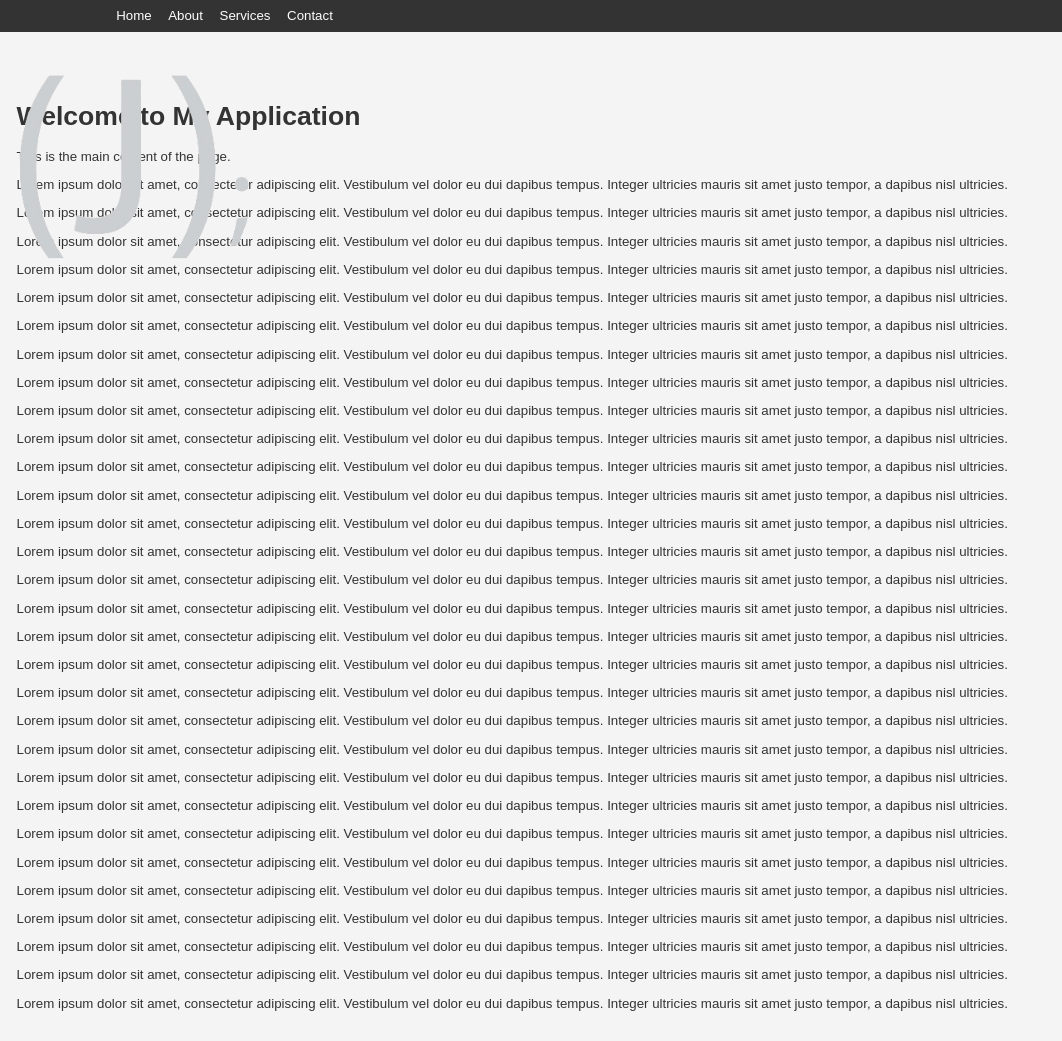
Repository: JoyMoGas/HelujaArc
Page: http://localhost/
The author's editor kept a copy of each file at every save. The page is drawn from the files as they stood at one save, then again after the next save.
The browser window is 1280 px wide. The pictures show the whole page, at 83% of full size.
The page is served by the project's application, run on Flask 3 (run.py).

Above is the page before, as saved 2024-08-11 15:27:58.
Console error: TypeError: Cannot read properties of null (reading 'style')

After the next save:
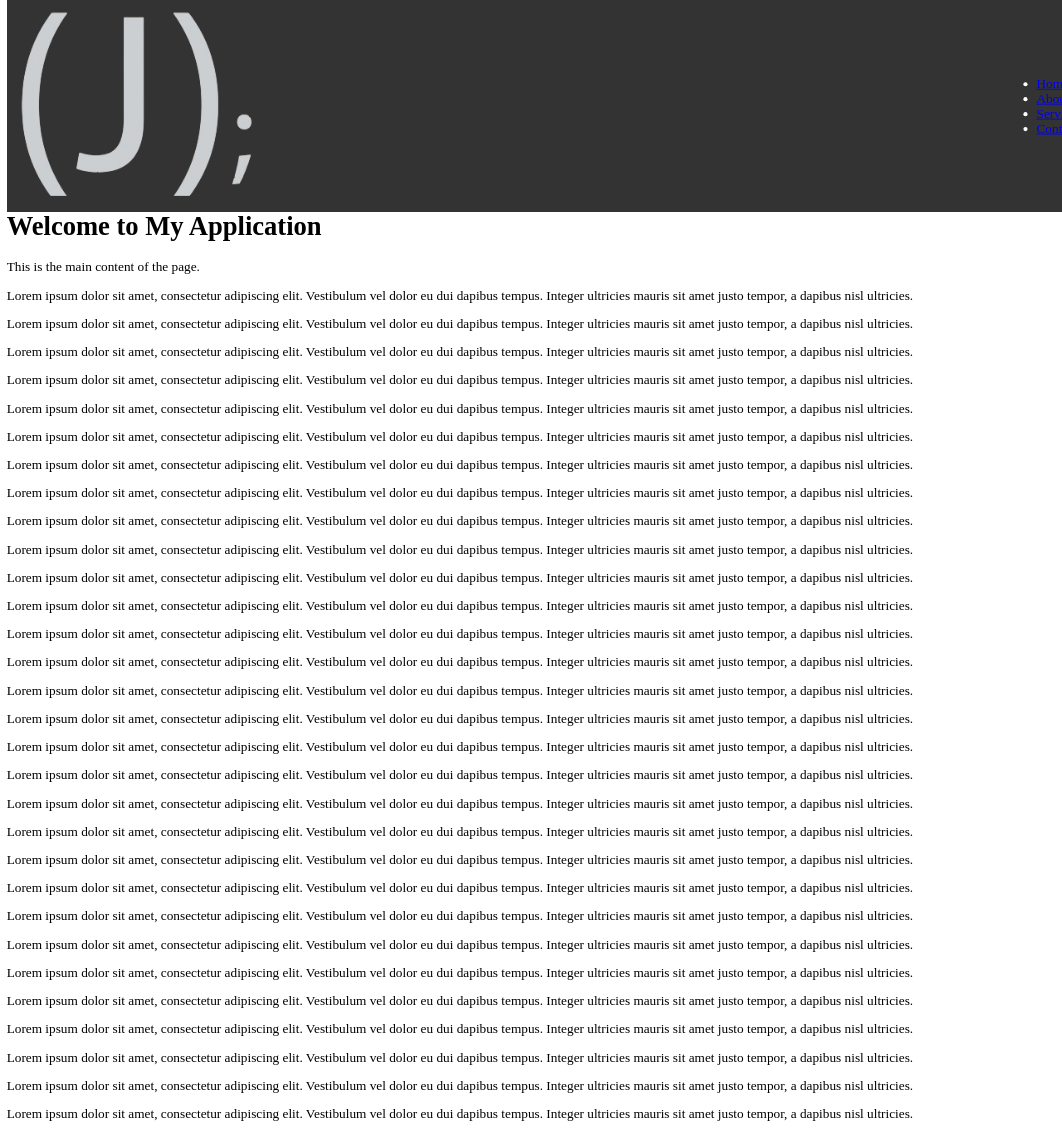
Saved 3 min 3 s later.
--- a/static/style.css
+++ b/static/style.css
@@ -1,94 +1,36 @@
-/* Estilo para el cuerpo de la página */
-body {
-    margin: 0;
-    font-family: Arial, sans-serif;
-    background-color: #f4f4f4; /* Color de fondo del body */
-    color: #333; /* Color del texto del body */
-    position: relative; /* Necesario para la posición del logotipo */
+/* Estilos para la navbar */
+.navbar {
+    position: fixed;
+    width: 100%;
+    top: 0;
+    background-color: #333;
+    color: white;
+    padding: 15px;
+    z-index: 1000;
+    display: flex;
+    justify-content: space-between;
+    align-items: center;
 }
 
-/* Estilo para la navbar */
-.navbar {
-    position: fixed;
-    top: 0;
-    width: 100%;
-    background-color: #333; /* Color de fondo de la navbar */
-    color: white;
-    display: flex;
-    align-items: center;
-    padding: 10px 40px; /* Espacio ajustado a la izquierda */
-    z-index: 1000; /* Asegura que la navbar esté por encima de otros contenidos */
-    box-sizing: border-box; /* Asegura que el padding se incluya en el ancho total */
+/* Estilos para el logotipo */
+#logo-container {
+    position: absolute;
+    top: auto;
+    left: 50%;
+    transform: translateX(-50%);
+    transition: transform 0.5s ease, top 0.5s ease, width 0.5s ease;
 }
 
-/* Logo en la navbar */
-.navbar-logo {
-    position: absolute;
-    top: 10px;
-    left: 20px; /* Ajusta según la ubicación deseada en la navbar */
-    width: 60px; /* Tamaño del logotipo en la navbar */
-    height: auto;
-    transition: transform 0.5s ease, width 0.5s ease, height 0.5s ease;
-    display: none; /* Inicialmente oculto */
-    z-index: 1001; /* Asegura que el logotipo esté por encima del contenido de la navbar */
+#logo-container img {
+    width: 150px;
+    transition: width 0.5s ease;
 }
 
-/* Define la animación de deslizamiento */
-@keyframes slideToNavbar {
-    0% {
-        transform: translateY(0) translateX(0) scale(1);
-    }
-    100% {
-        transform: translateY(calc(-50vh + 10px)) translateX(calc(-50vw + 20px)) scale(0.5);
-    }
+/* Cuando se hace scroll, mover el logo a la navbar */
+.sticky {
+    position: fixed;
+    top: 15px; /* Alinear con la navbar */
+    left: 15px; /* Alinear con la navbar */
+    transform: translateX(0);
+    width: 40px;
 }
-
-/* Estilos iniciales del logotipo en el body */
-#body-logo {
-    position: absolute; /* Cambiado a absolute para que el logotipo esté en el flujo del contenido */
-    top: 10px;
-    left: 20px;
-    transform: translate(0, 0);
-    transition: transform 0.5s ease, width 0.5s ease, height 0.5s ease;
-    z-index: 999; /* Asegura que el logotipo esté por encima del contenido, pero no de la navbar */
-}
-
-/* Aplica los estilos cuando el usuario hace scroll */
-.scrolled #body-logo {
-    transform: translateY(calc(-50vh + 10px)) translateX(calc(-50vw + 20px)) scale(0.5);
-}
-
-.scrolled .navbar-logo {
-    display: block; /* Muestra el logotipo en la navbar */
-    animation: slideToNavbar 1s forwards; /* Aplica la animación */
-}
-
-/* Estilos para los enlaces en la navbar */
-.navbar-links {
-    list-style: none;
-    margin: 0;
-    padding: 0;
-    display: flex;
-    margin-left: 80px; /* Ajustado para dejar espacio para el logotipo */
-}
-
-.navbar-links li {
-    margin-left: 20px;
-}
-
-.navbar-links a {
-    color: white;
-    text-decoration: none;
-    font-size: 16px;
-    transition: color 0.3s ease;
-}
-
-.navbar-links a:hover {
-    color: #ddd; /* Color del enlace al pasar el cursor */
-}
-
-/* Contenido de la página */
-.content {
-    padding: 20px;
-    margin-top: 80px; /* Ajusta el margen superior para que el contenido no quede oculto debajo de la navbar */
-}
